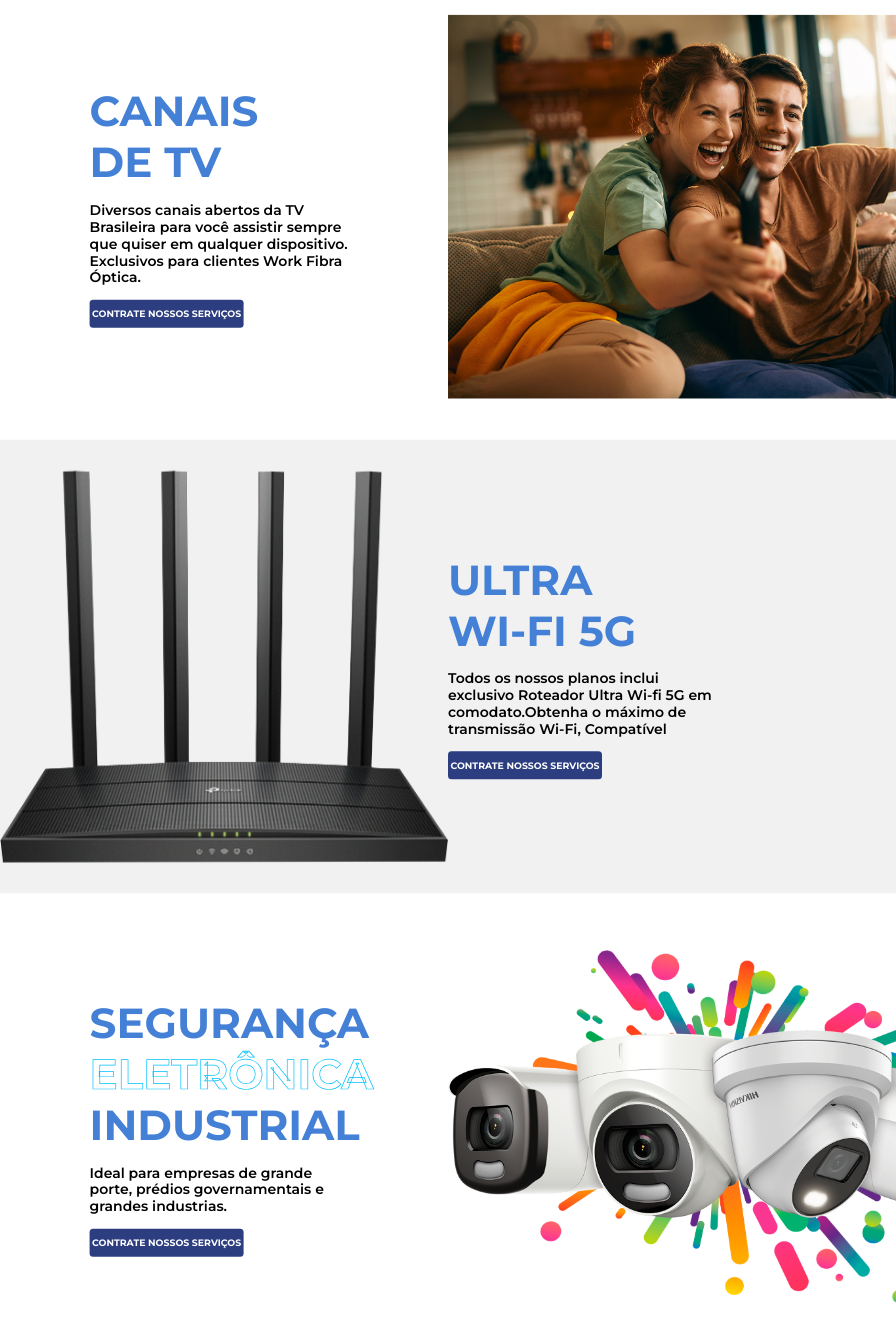
Repository: mateus-henrique-silva/WorkBandaLarga
Page: site_work/src/Pages/campos.html
An editor plug-in stored every save of this project. The page is shown before and after the next save, followed by the edit.
The browser window is 1280 px wide. The pictures show the part of the page from y = 1735 to 3655 px (the page is 5184 px tall), at 70% of full size.
Backgrounds fixed to the window are drawn as part of the page. Some web fonts or font styles are not loaded; a fallback is used.

Above is the page before, as saved 2022-09-21 08:23:33.

After the next save:
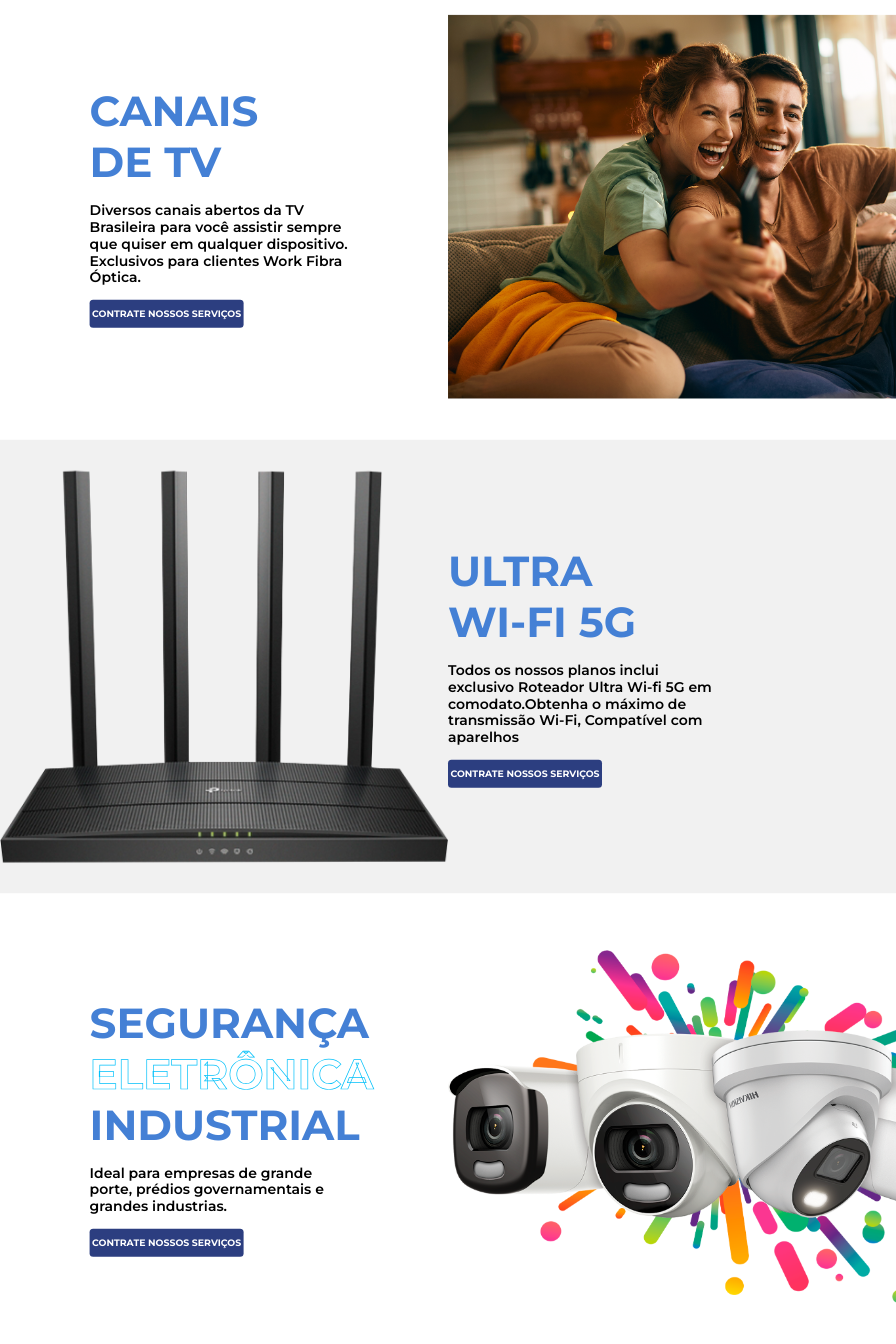
Saved 11 s later.
--- a/site_work/src/Pages/campos.html
+++ b/site_work/src/Pages/campos.html
@@ -436,7 +436,7 @@
         <div class="just-text">
           <h2>ULTRA <br> WI-FI 5G</h2>
           <p>
-          Todos os nossos planos inclui exclusivo Roteador Ultra Wi-fi 5G em comodato.Obtenha o máximo de transmissão Wi-Fi, Compatível
+          Todos os nossos planos inclui exclusivo Roteador Ultra Wi-fi 5G em comodato.Obtenha o máximo de transmissão Wi-Fi, Compatível com aparelhos
           </p>
           <button onclick="onClickLink()" class="btn-king">
             Contrate nossos serviços
